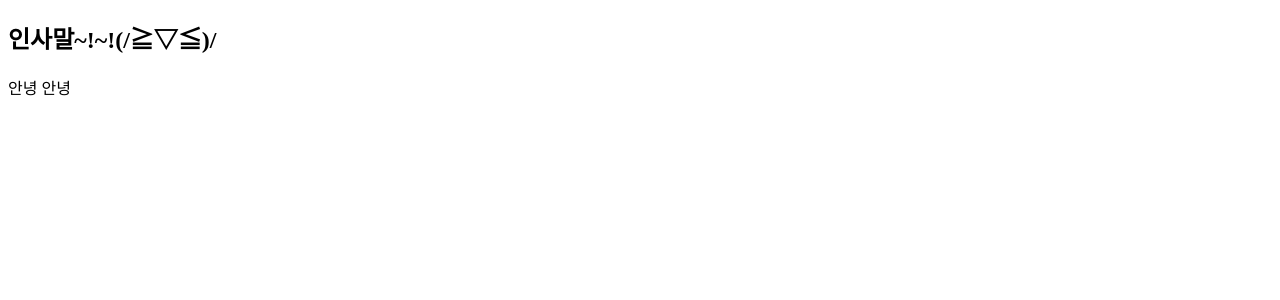
Repository: GTEM0/Acorn-classEdue2-java2-
Page: http://localhost/prj0901/hi
These files come from the project's save history. The page is drawn as it stood at one moment and after the next save; the edit follows.
The browser window is 1280 px wide. The pictures show the whole page.
The page is served by Tomcat 9. Other server files are loaded and not shown.

Above is the page before, as saved 2023-09-01 06:44:34.

### prj0901/src/main/webapp/WEB-INF/views/HiView.jsp
<%@ page language="java" contentType="text/html; charset=UTF-8"
    pageEncoding="UTF-8"%>
<!DOCTYPE html>
<html>
<head>
<meta charset="UTF-8">
<title>Insert title here</title>
</head>
<body>


<h2>인사말~!~!(/≧▽≦)/</h2>

<%
String result = (String)request.getAttribute("msg");
out.println(result);
%>

<%= result %>


</body>
</html>

### prj0901/src/main/java/prj0901/HelloServlet.java
package prj0901;

import java.io.IOException;

import javax.servlet.ServletException;
import javax.servlet.annotation.WebServlet;
import javax.servlet.http.HttpServlet;
import javax.servlet.http.HttpServletRequest;
import javax.servlet.http.HttpServletResponse;



// 인사제공하기
// 학생리스트 제공하기 (데이터베이스에서 조회된 결과)
@WebServlet("/hi")
public class HelloServlet extends HttpServlet {

	@Override
	protected void doGet(HttpServletRequest request, HttpServletResponse response) throws ServletException, IOException {

		//모델 Service
		HelloService h = new HelloService();
		String message = h.getMessage();

		//모델심기
		request.setAttribute("msg", message);
		//view로 forward
		request.getRequestDispatcher("WEB-INF/views/HiView.jsp").forward(request, response);



	}
}

### prj0901/src/main/java/prj0901/HelloService.java
package prj0901;

public class HelloService {


	public String getMessage() {
		return "안녕";
	}
}

After the next save:
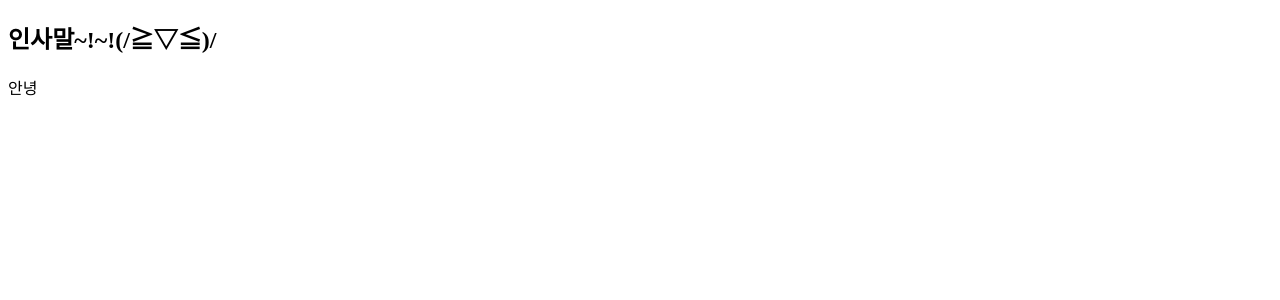
Saved 9 s later.
--- a/prj0901/src/main/webapp/WEB-INF/views/HiView.jsp
+++ b/prj0901/src/main/webapp/WEB-INF/views/HiView.jsp
@@ -13,7 +13,7 @@
 
 <%
 String result = (String)request.getAttribute("msg");
-out.println(result);
+
 %>
 
 <%= result %>
